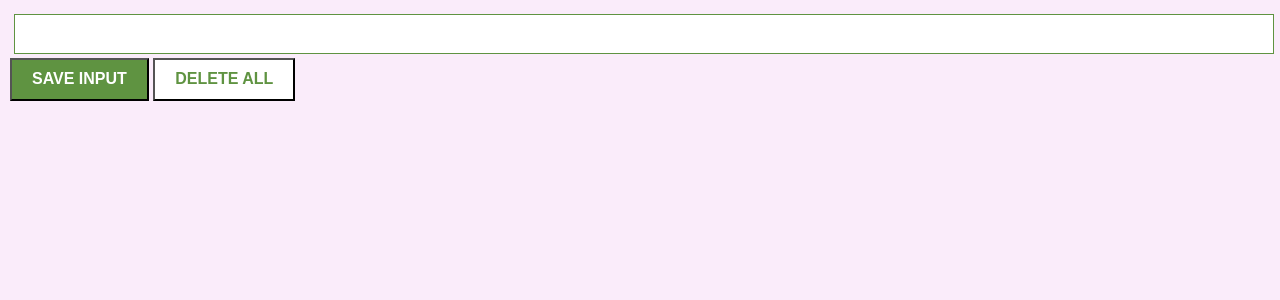
Repository: jt010051/chromeExtension
Page: index.html
An editor plug-in stored every save of this project. The page is shown before and after the next save, followed by the edit.
The browser window is 1280 px wide. The pictures show the whole page.

Above is the page before, as saved 2022-02-28 07:36:08.

### index.html
<html>
    <head><link rel="stylesheet" href="https://cdnjs.cloudflare.com/ajax/libs/normalize/8.0.1/normalize.css">
        <link rel="stylesheet" href="index.css">
    </head>
    <body>
        <input type="text" id="input-el">
        <button id="input-btn">SAVE INPUT</button>
        <button id="delete-btn">DELETE ALL</button>
        <ul id="ul-el"></ul>
        <script src="index.js"></script>
    </body>
</html>

### index.css
body {
    margin: 0;
    padding: 10px;
    font-family: Arial, Helvetica, sans-serif;
background-color: rgb(250, 236, 250);
min-width: 400px;
}




input {
    width: 100%;
   padding: 10px;

    box-sizing: border-box;
    border: 1px solid #5f9341;

    margin: 4px;
}

button {
   background: #5f9341;
   color: white;
padding:10px 20px;

    font-weight: bold;

}
#delete-btn{
background-color: white;
color: 5f9341;
}
ul {
 list-style: none;
 padding-left: 0;
 margin-top: 20px;
}

li {
    margin-top: 5px;
}

li a {
   color : #5f9341;
}

### index.js

let myLeads=[]


const inputEl=document.getElementById("input-el")
const inputBtn = document.getElementById("input-btn")

const ulEl = document.getElementById("ul-el")

let leadsFromStorage = JSON.parse(localStorage.getItem("myLeads"))
if (leadsFromStorage){
    myLeads = leadsFromStorage
    renderLeads()
}
inputBtn.addEventListener("click", function(){

myLeads.push(inputEl.value)
inputEl.value = ""

   localStorage.setItem("myLeads", JSON.stringify(myLeads) )
renderLeads()
console.log(localStorage.getItem("myLeads"))
})

function renderLeads(){
let listItems =""

for(let i = 0; i<myLeads.length; i++){
    //listItems += "<li><a target ='_blank' href= '" +myLeads[i] +"'>"+myLeads[i]+"</a></li>"
    listItems += `
    <li>
         <a target ='_blank' href= '${myLeads[i]}'>
             ${myLeads[i]}
         </a>
    </li>
    `
}
ulEl.innerHTML =listItems
}

After the next save:
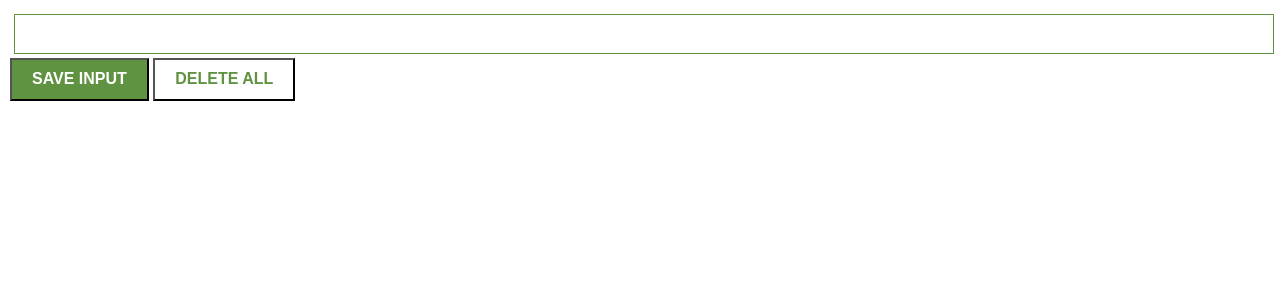
Saved 24 s later.
--- a/index.css
+++ b/index.css
@@ -2,7 +2,6 @@ body {
     margin: 0;
     padding: 10px;
     font-family: Arial, Helvetica, sans-serif;
-background-color: rgb(250, 236, 250);
 min-width: 400px;
 }
 
